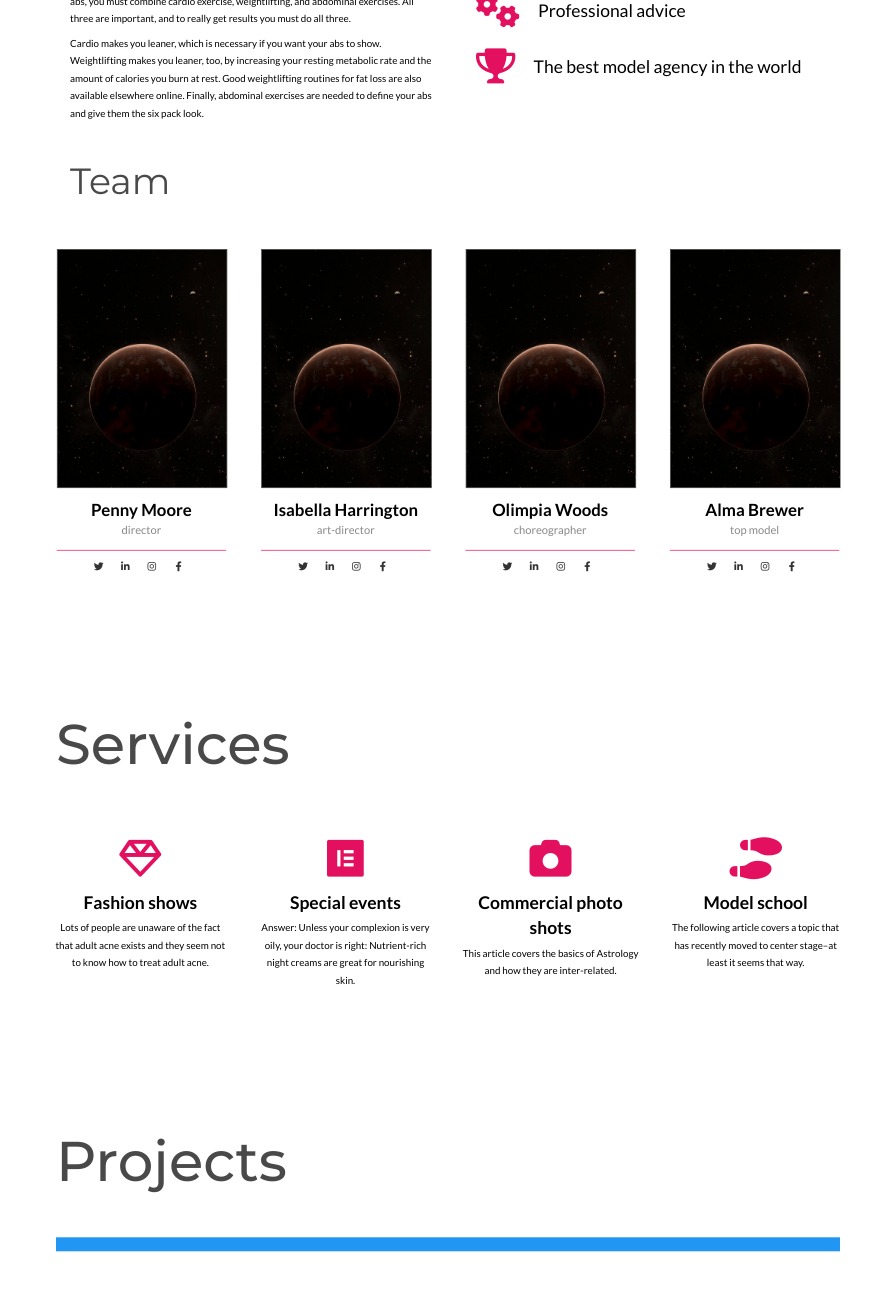
Repository: soniaarefin/cosmo
Page: index.html
The author's editor kept a copy of each file at every save. The page is drawn from the files as they stood at one save, then again after a run of saves.
The browser window is 1280 px wide. The pictures show the part of the page from y = 1071 to 2991 px (the page is 2949 px tall before and 2991 px after), at 70% of full size.

Above is the page before, as saved 2021-11-09 22:20:38.

After the next 3 saves:
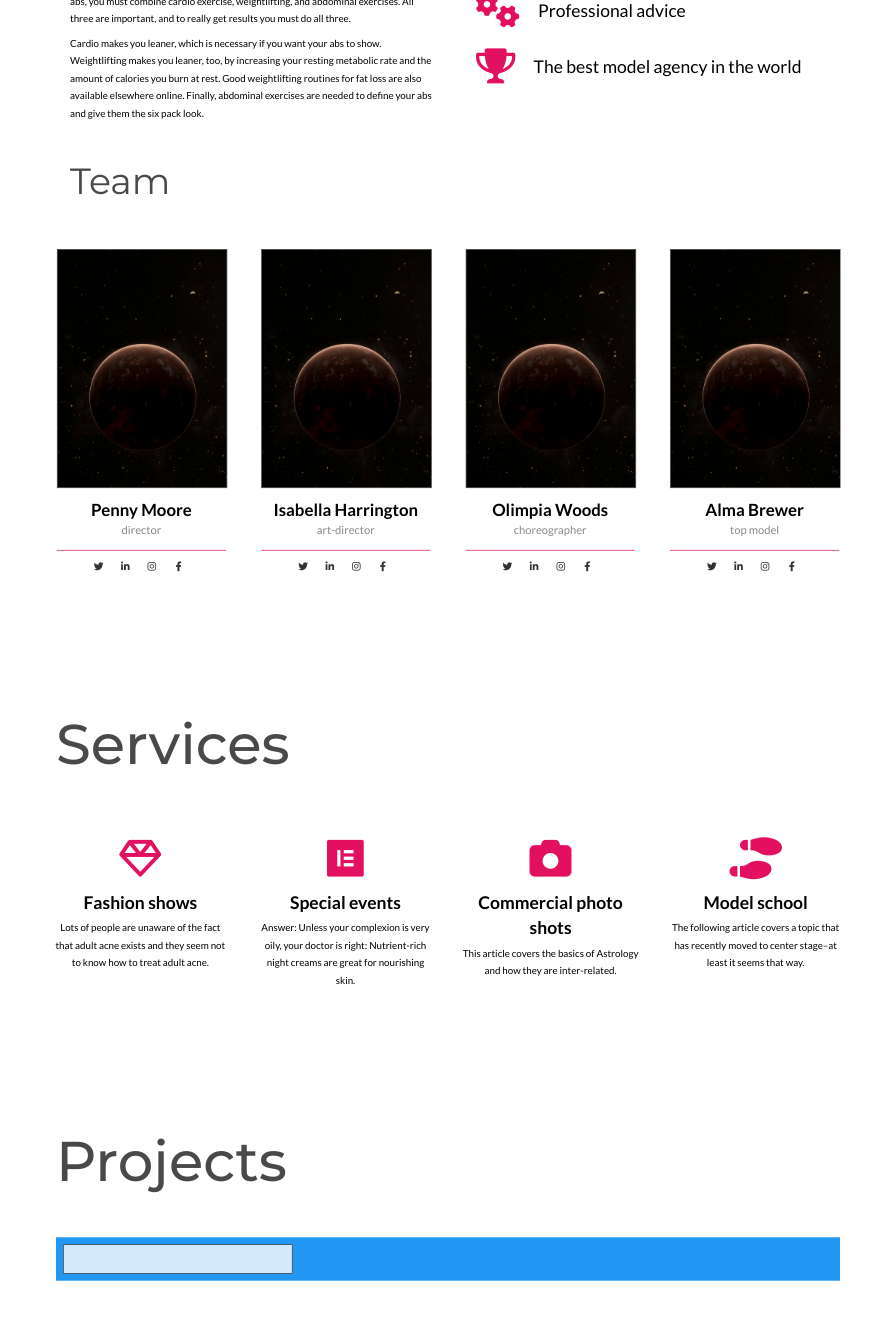
The 3 saves are shown as one change because they came seconds apart.
The last was saved 8 s later.
--- a/index.html
+++ b/index.html
@@ -208,7 +208,7 @@
                     <h1 class="section-h1">Projects</h1>
                 </div>
                 <div class="projects-grid_container">
-                    <div >
+                    <div class="projects-grid_item">
 
                     </div>
                 </div>
